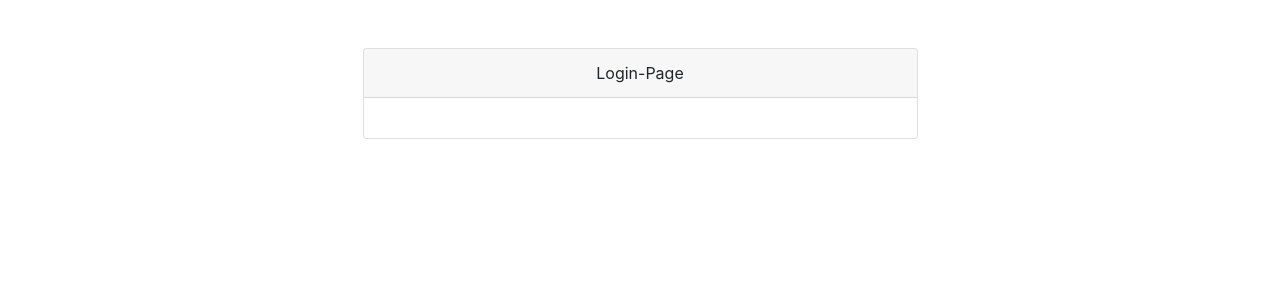
Repository: saivihari07/Advance-Java-Servlets-Jsp-
Page: http://localhost/Project/Login.jsp
An editor plug-in stored every save of this project. The page is shown before and after the next save, followed by the edit.
The browser window is 1280 px wide. The pictures show the whole page.
Some web libraries are served in a nearby version. The page is served by Tomcat 9.

Above is the page before, as saved 2021-12-27 07:29:01.

After the next save:
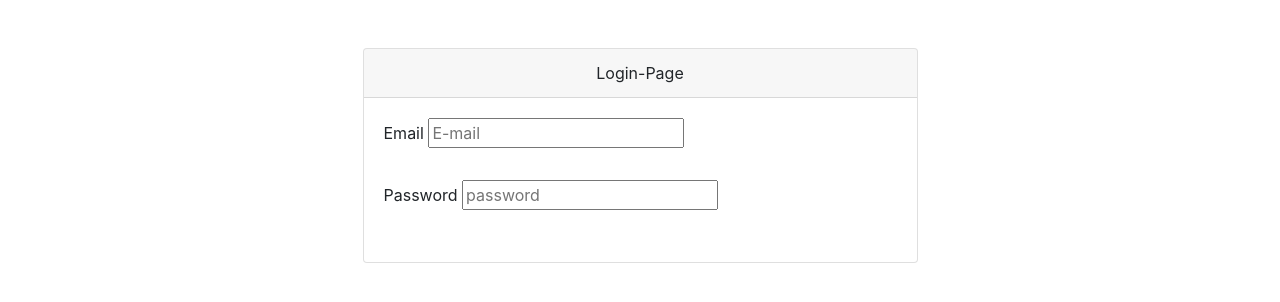
Saved 3 min 56 s later.
--- a/Servlets/Web-Application/Project/WebContent/Login.jsp
+++ b/Servlets/Web-Application/Project/WebContent/Login.jsp
@@ -13,6 +13,16 @@
 <div class="card-header text-center">Login-Page</div>
 <div class="card-body">
 <form action="" method="post">
+<div class="form-group">
+<label>Email</label>
+<input type="text" class="form-group" name="Login" placeholder="E-mail" required>
+</div>
+
+<div class="form-group">
+<label>Password</label>
+<input type="text" class="form-group" name="Password" placeholder="password" required>
+</div>
+
 
 </div>
 </div>
